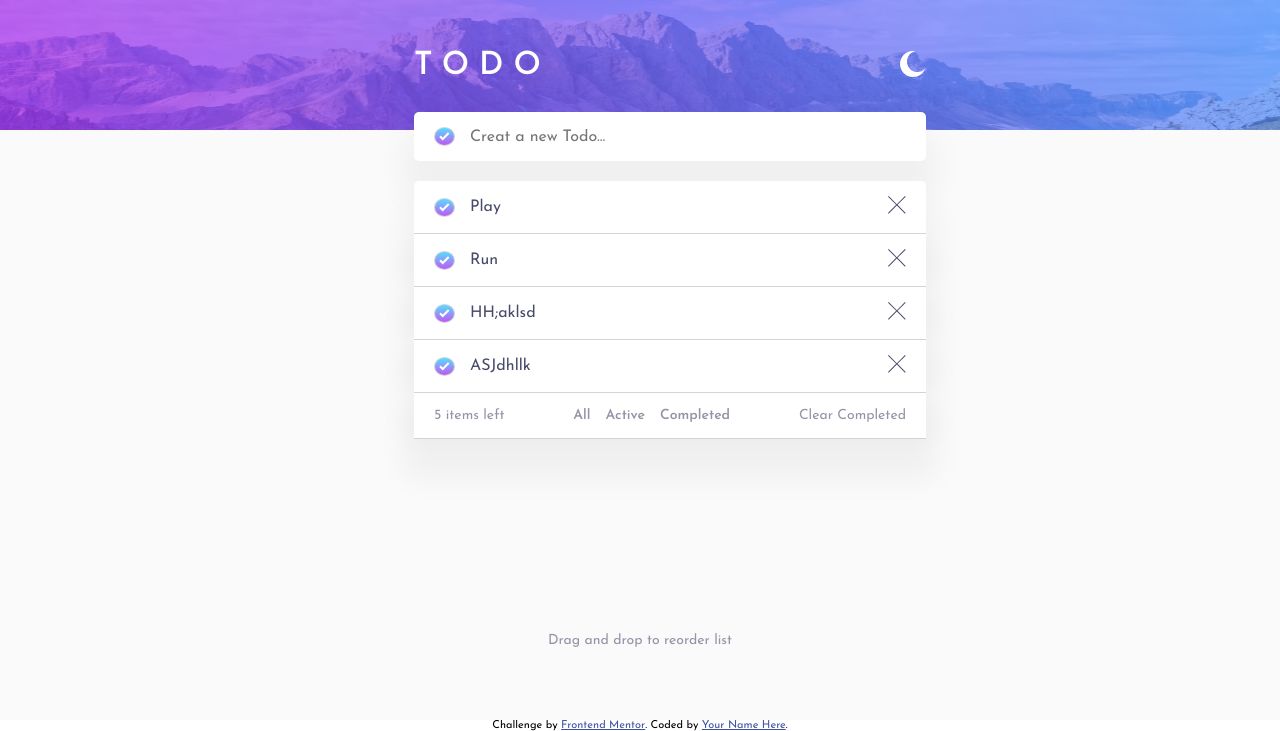
Repository: Baraajad231/Todo-app
Page: /
The author's editor kept a copy of each file at every save. The page is drawn from the files as they stood at one save, then again after a run of saves.
The browser window is 1280 px wide. The pictures show the whole page.
The project was rebuilt for these pictures with package versions that can differ from the ones it lists, and the page was loaded fresh each time. Also part of the build but not shown: vite.config.js.

Above is the page before, as saved 2025-12-30 17:11:11.

After the next 3 saves:
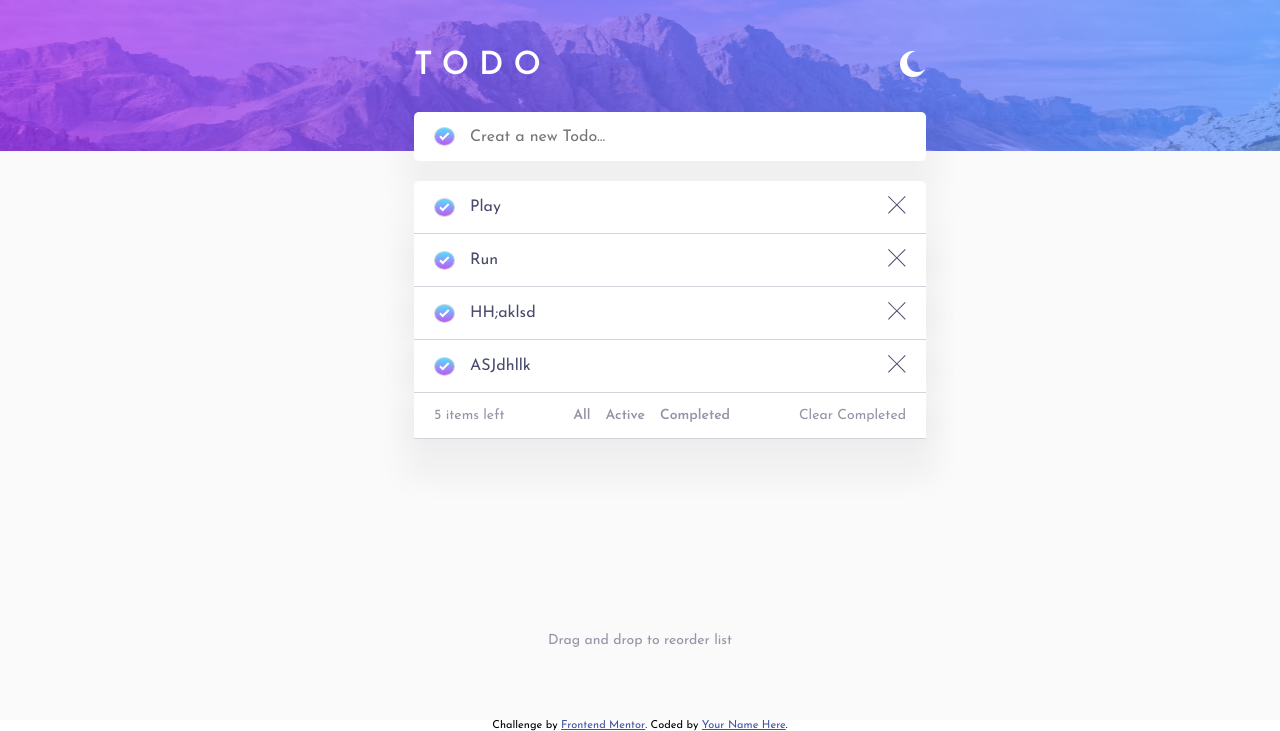
The 3 saves are shown as one change because they came seconds apart.
The last was saved 10 s later.
--- a/styles/style.scss
+++ b/styles/style.scss
@@ -87,7 +87,7 @@
     height: 30%;
   }
   @media (min-width: 768px) {
-    height: 18%;
+    height: 21%;
   }
 }
 

After the save that followed:
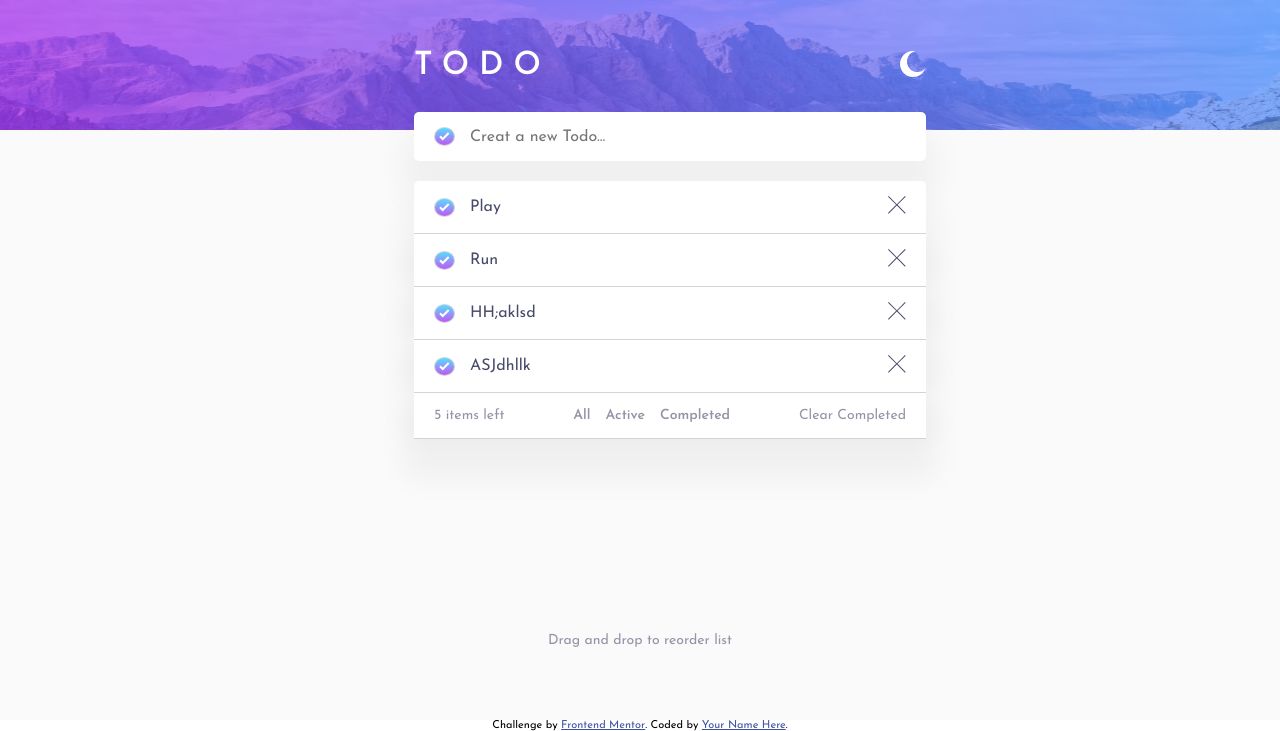
Saved 13 s later.
--- a/styles/style.scss
+++ b/styles/style.scss
@@ -87,7 +87,7 @@
     height: 30%;
   }
   @media (min-width: 768px) {
-    height: 21%;
+    height: 18%;
   }
 }
 
